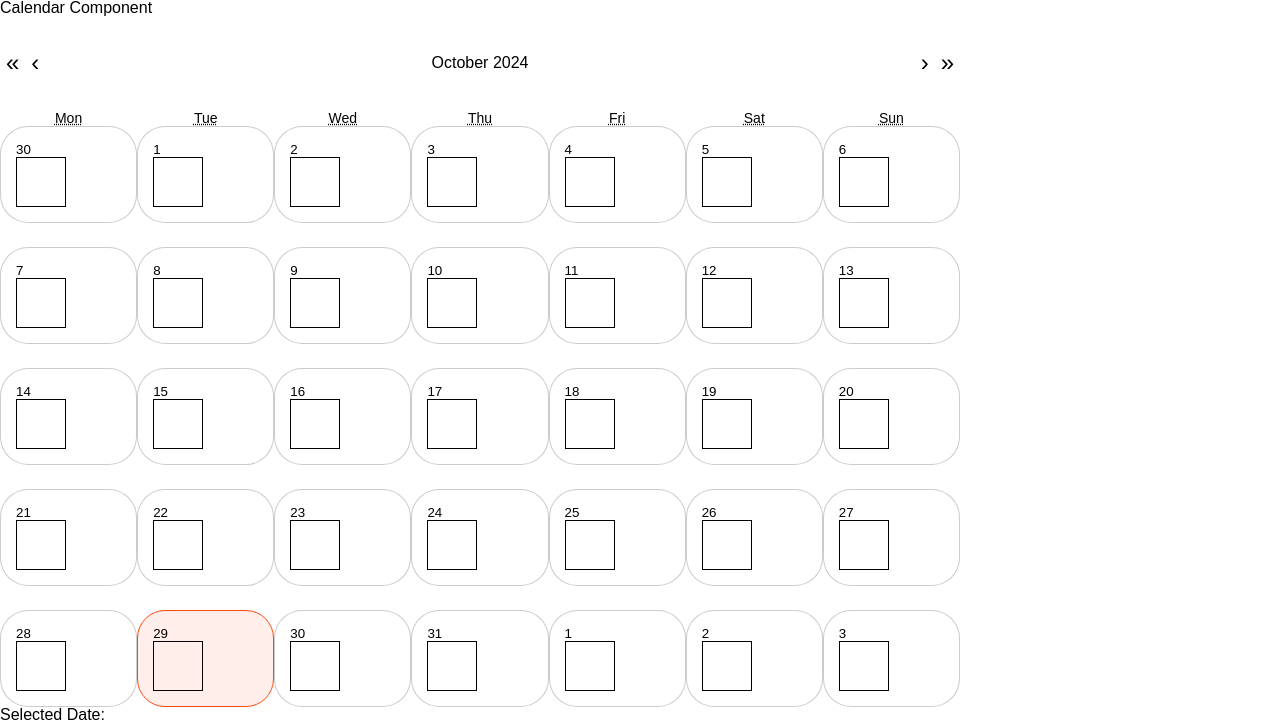
Repository: prgrms-fe-devcourse/NFE1-1-3-MOODI
Page: /
These files come from the project's save history. The page is drawn as it stood at one moment and after a run of saves; the edit follows.
The browser window is 1280 px wide. The pictures show the whole page.
Some web fonts or font styles are not loaded; a fallback is used. The project was rebuilt for these pictures with package versions that can differ from the ones it lists, and the page was loaded fresh each time. Also part of the build but not shown: webpack.config.js.

Above is the page before, as saved 2024-10-29 13:00:17.

After the next 4 saves:
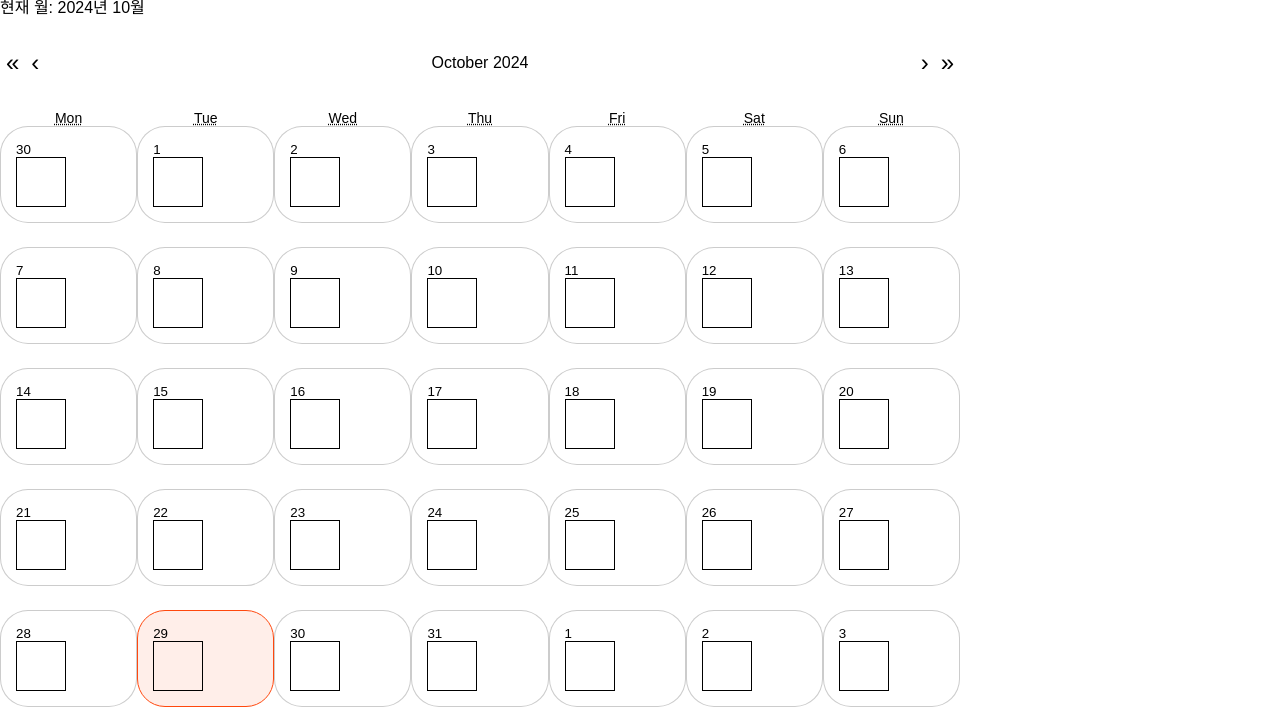
The 4 saves are shown as one change because 2 did not build or start and some came seconds apart.
The last was saved 4 min 0 s later.
--- a/src/features/calendar/calendar-ui/CalendarUi.tsx
+++ b/src/features/calendar/calendar-ui/CalendarUi.tsx
@@ -1,31 +1,67 @@
-import React, { useState, MouseEvent } from 'react';
 import { StyledCalendar } from './calendarUiCss';
 import { Value } from 'react-calendar/dist/cjs/shared/types';
+import { useState } from 'react';
 
 const CalendarUi: React.FC = () => {
-    const [date, setDate] = useState<Value>(null);
+    const [currentMonth, setCurrentMonth] = useState<Date>(new Date());
 
-    const handleDateChange = (
-        value: Value,
-        event: MouseEvent<HTMLButtonElement>
-    ) => {
-        setDate(value);
+    const handleDateChange = (value: Value) => {
+        alert(`${value}의 페이지로 이동`);
     };
 
-    // 요일 레이블 설정
     const weekDays = ['Sun', 'Mon', 'Tue', 'Wed', 'Thu', 'Fri', 'Sat'];
+    const checkedDates = [
+        '2024-10-25',
+        '2024-10-26',
+        '2024-11-01',
+        '2024-11-05'
+    ];
+
+    const getTileClassName = (dateparam: Date): string => {
+        const dateString = dateparam.toISOString().split('T')[0]; // YYYY-MM-DD 형식으로 변환
+        return checkedDates.includes(dateString)
+            ? 'unchecked-date' // 체크된 날짜의 클래스
+            : 'checked-date'; // 체크되지 않은 날짜의 클래스
+    };
 
     return (
-        <div>
-            <h2>Calendar Component</h2>
+        <>
+            <h2>
+                현재 월:{' '}
+                {currentMonth.toLocaleString('ko-KR', {
+                    year: 'numeric',
+                    month: 'long'
+                })}
+            </h2>
             <StyledCalendar
                 onChange={handleDateChange}
-                value={date}
+                onActiveStartDateChange={({
+                    action,
+                    activeStartDate,
+                    value,
+                    view
+                }) => {
+                    if (activeStartDate) {
+                        setCurrentMonth(activeStartDate);
+
+                        if (view === 'month') {
+                            console.log(
+                                '현재 월:',
+                                activeStartDate.toLocaleString('ko-KR', {
+                                    year: 'numeric',
+                                    month: 'long'
+                                })
+                            );
+
+                            // 월 변경 시 필요한 로직을 여기에 추가합니다.
+                        }
+                    }
+                }}
                 formatDay={(locale, d) => d.getDate().toString()}
                 formatShortWeekday={(locale, d) => weekDays[d.getDay()]}
+                tileClassName={({ date }) => getTileClassName(date)}
             />
-            <p>Selected Date: </p>
-        </div>
+        </>
     );
 };
 
